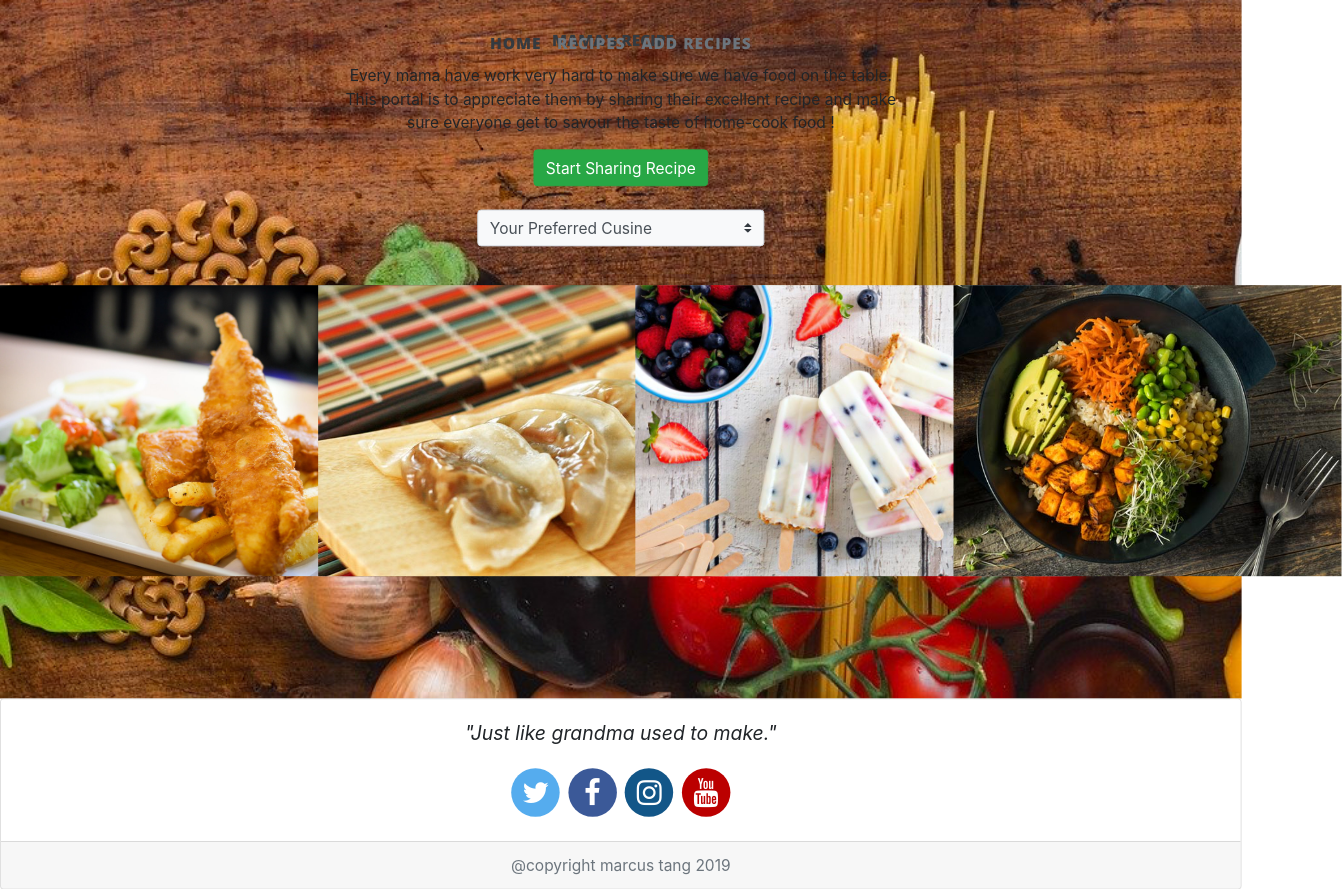
Repository: marstangg/mamasrecipes
Page: templates/index.html
The author's editor kept a record of every edit. The page is drawn from the files as they stood at one moment, then again after the next edit.
The browser window is 1280 px wide. The page is 1383 px wide, so the pictures cover 1383 px, including what lies to the right of the window. The pictures show the whole page, at 97% of full size.
Some web libraries are served in a nearby version. The page is served by the project's application, run on Flask 3 (main.py). The template is opened directly, without the code that normally fills it, so the values that code supplies are empty.

Above is the page before.

### templates/index.html
{% extends 'base.html' %}

{% block content %}
<main class='container-fluid p-0'>
  <!--Page Header -->
  <div class="d-md-none d-block p-5"></div>
  <header class="masthead d-flex justify-content-center align-items-center">
    <div class='w-50 p-4 text-center'>
      <h1 class='navbar-brand'>MAMA's RECIPE</h1>
      <p>Every mama have work very hard to make sure we have food on the table. This portal is to appreciate them by sharing their excellent recipe and make sure everyone get to savour the taste of home-cook food !</p>
      <a class="btn btn-success" href="{{url_for('recipe_add')}}">Start Sharing Recipe</a>

      <form>
        <div class='form-group mt-4'>
          <select class='custom-select w-50 bg-light' onchange ="if (this.value)window.location.href=this.value">
            <option class=''bg-danger value=""> Your Preferred Cusine</option>
            <option value="/recipe_search/all">All recipes</option>
            <option value="/recipe_search/chinese">Chinese</option>
            <option value="/recipe_search/indian">Indian</option>
            <option value="/recipe_search/malay">Malay</option>
            <option value="/recipe_search/western">Western</option>
          </select>
        </div>
      </form>
    </div>

    </div>
  </header>
  <!--MENU -->
  <div class="row">
    <div class="col-3 menu-box">
      <img src="static/img/western.jpg" alt="western">
    </div>
    <div class="col-3 menu-box">
      <img src="static/img/gyoza.jpg" alt="asian">
    </div>
    <div class="col-3 menu-box">
      <img src="static/img/dessert.jpg" alt="dessert">
    </div>
    <div class="col-3 menu-box">
      <img src="static/img/vege.jpg" alt="veg">
    </div>
  </div>
</main>
{% endblock %}

### templates/base.html
<!doctype html>
<html lang="en">

<head>
  <!-- Required meta tags -->
  <meta charset="utf-8">
  <meta name="viewport" content="width=device-width, initial-scale=1, shrink-to-fit=no">

  <!-- Custom fonts for this template -->
  <link rel="stylesheet" href="https://cdnjs.cloudflare.com/ajax/libs/font-awesome/4.7.0/css/font-awesome.min.css">
  <link href='https://fonts.googleapis.com/css?family=Lora:400,700,400italic,700italic' rel='stylesheet' type='text/css'>
  <link href='https://fonts.googleapis.com/css?family=Open+Sans:300italic,400italic,600italic,700italic,800italic,400,300,600,700,800' rel='stylesheet' type='text/css'>

  <!-- Bootstrap CSS -->
  <link rel="stylesheet" href="https://maxcdn.bootstrapcdn.com/bootstrap/4.0.0/css/bootstrap.min.css" integrity="sha384-Gn5384xqQ1aoWXA+058RXPxPg6fy4IWvTNh0E263XmFcJlSAwiGgFAW/dAiS6JXm" crossorigin="anonymous">

  <!-- Custom styles for this template -->
  <link href="/static/css/style.css" rel="stylesheet">

  <title>Mama's Recipe | A portal for everyone to share their mama's recipes</title>
</head>

<body>
  <!-- Navigation -->
  <nav class="navbar navbar-expand-lg navbar-light fixed-top {% block navbg %} bg-transparent {% endblock %}" id="mainNav">
    <div class="container">

      <button class="navbar-toggler navbar-toggler-right text-white" type="button" data-toggle="collapse" data-target="#navbarResponsive" aria-controls="navbarResponsive" aria-expanded="false" aria-label="Toggle navigation">
        Menu
      </button> {% block navbrand %} {% endblock %}
      <div class="collapse navbar-collapse" id="navbarResponsive">
        <ul class="navbar-nav mx-auto mt-4">
          <a class="nav-item mx-2 {% block navhome %} text-dark {% endblock %}" href="{{url_for('index')}}"> Home </a>
          <a class="nav-item mx-2 {% block navrecipes %} text-secondary {% endblock %}" href="{{url_for('recipes')}}"> Recipes</a>
          <a class="nav-item mx-2 {% block navadd %} text-secondary {% endblock %}" href="{{url_for('recipe_add')}}"> Add Recipes</a>
        </ul>
      </div>
    </div>
  </nav>

  {% block content %} {% endblock %}

  <footer>
    <div class="card text-center">
      <div class="card-body">
        <!--<h5 class="card-title">""</h5>-->
        <blockquote class="blockquote">
          <p class="mb-0 font-italic">"Just like grandma used to make."</p>
        </blockquote>

        <div>
          <a href="#" class="fa fa-twitter"></a>
          <a href="#" class="fa fa-facebook"></a>
          <a href="#" class="fa fa-instagram"></a>
          <a href="#" class="fa fa-youtube"></a>
    </div>

      </div>
      <div class="card-footer text-muted">
        @copyright marcus tang 2019
      </div>
    </div>
  </footer>
  <!-- Optional JavaScript -->
  <!-- jQuery first, then Popper.js, then Bootstrap JS -->
  <script src="https://code.jquery.com/jquery-3.2.1.slim.min.js" integrity="sha384-KJ3o2DKtIkvYIK3UENzmM7KCkRr/rE9/Qpg6aAZGJwFDMVNA/GpGFF93hXpG5KkN" crossorigin="anonymous"></script>
  <script src="https://cdnjs.cloudflare.com/ajax/libs/popper.js/1.12.9/umd/popper.min.js" integrity="sha384-ApNbgh9B+Y1QKtv3Rn7W3mgPxhU9K/ScQsAP7hUibX39j7fakFPskvXusvfa0b4Q" crossorigin="anonymous"></script>
  <script src="https://maxcdn.bootstrapcdn.com/bootstrap/4.0.0/js/bootstrap.min.js" integrity="sha384-JZR6Spejh4U02d8jOt6vLEHfe/JQGiRRSQQxSfFWpi1MquVdAyjUar5+76PVCmYl" crossorigin="anonymous"></script>
</body>

</html>

### main.py
from flask import Flask, render_template, request
import os

app = Flask(__name__)

@app.route("/")
def index():
    return render_template("index.html")

if __name__  == '__main__':
    app.run(host=os.environ.get('IP'),
            port=int(os.environ.get('PORT')),
            debug=True)

Loaded but not shown: static/css/style.css (common file)

After the next edit:
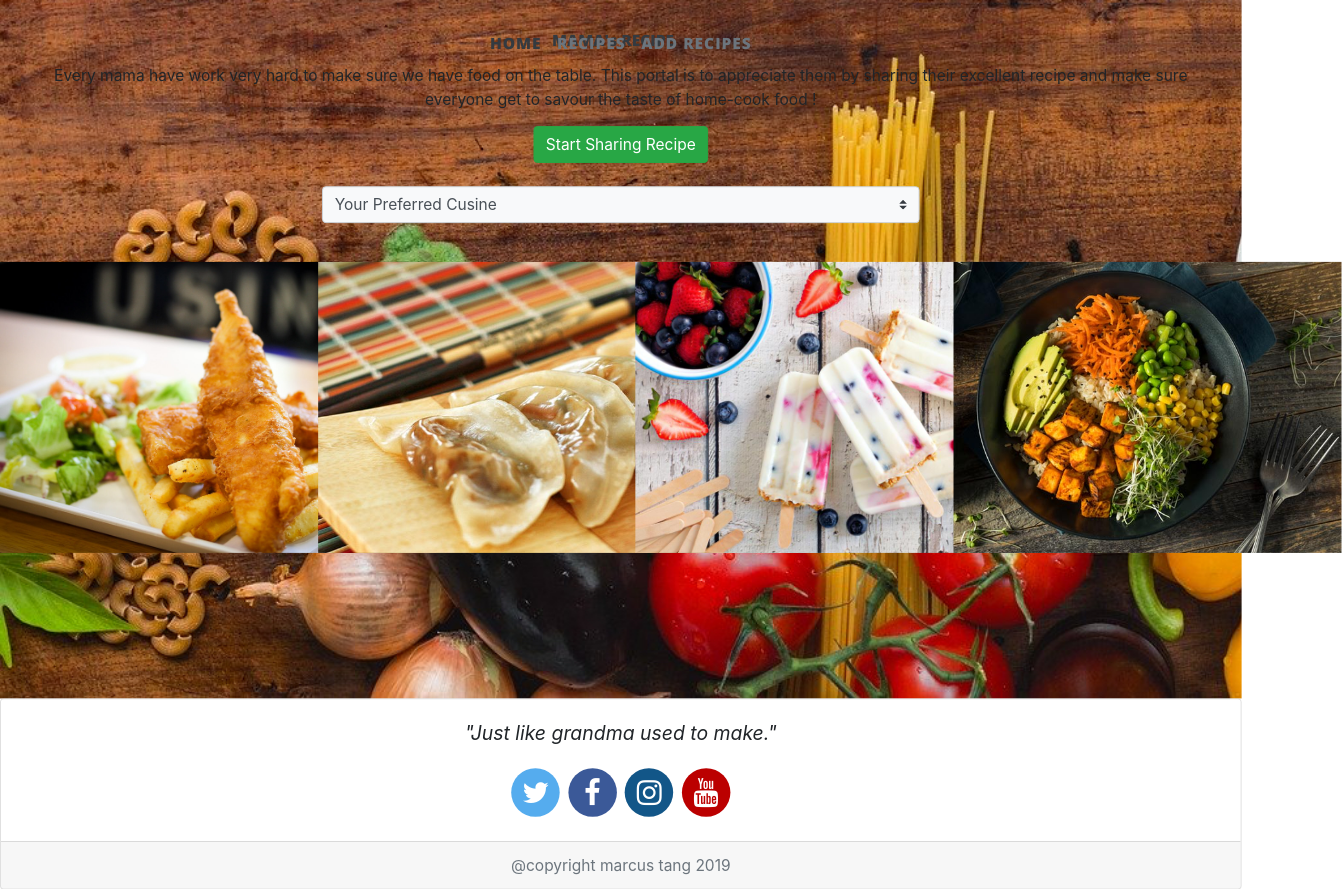
The edit:
--- a/templates/index.html
+++ b/templates/index.html
@@ -5,7 +5,7 @@
   <!--Page Header -->
   <div class="d-md-none d-block p-5"></div>
   <header class="masthead d-flex justify-content-center align-items-center">
-    <div class='w-50 p-4 text-center'>
+    <div class='d-md-w-50 d-w-100 p-4 text-center'>
       <h1 class='navbar-brand'>MAMA's RECIPE</h1>
       <p>Every mama have work very hard to make sure we have food on the table. This portal is to appreciate them by sharing their excellent recipe and make sure everyone get to savour the taste of home-cook food !</p>
       <a class="btn btn-success" href="{{url_for('recipe_add')}}">Start Sharing Recipe</a>
